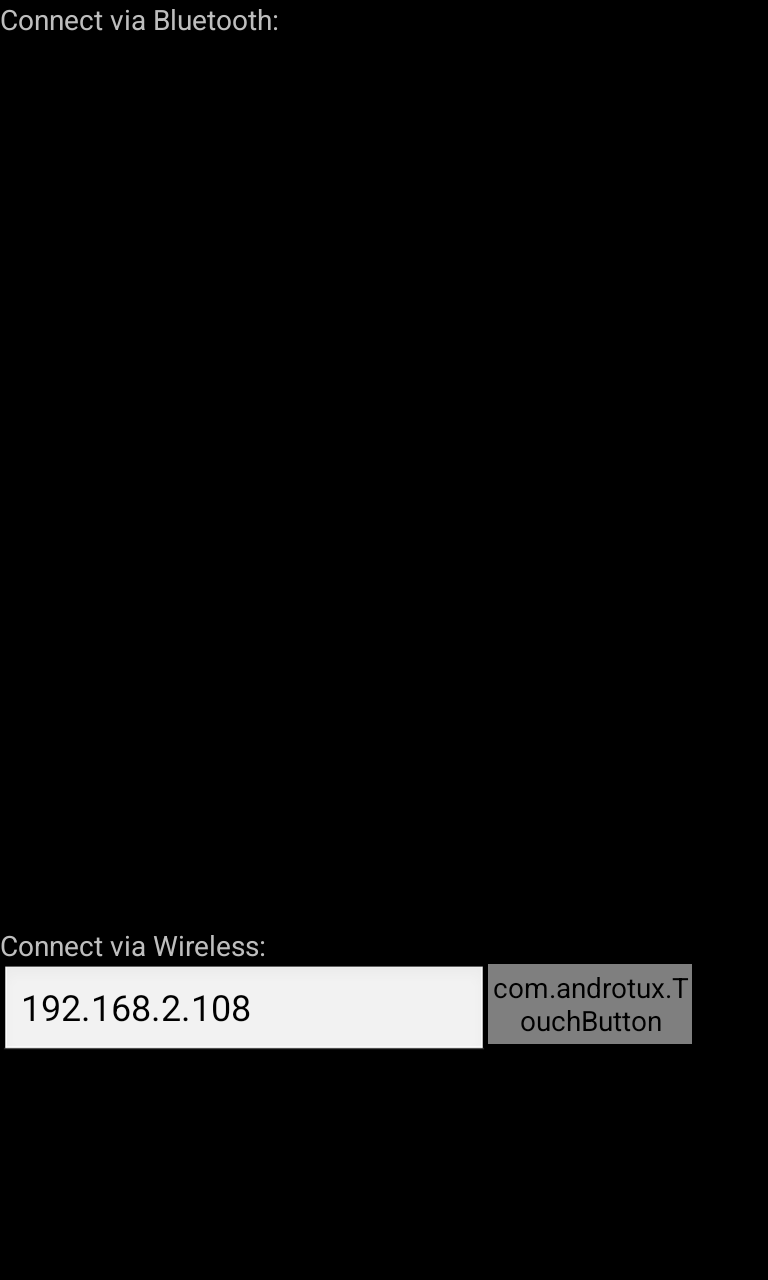
Repository: itayrom/androtux
Layout: app/AndroTux/res/layout/fragment_settings.xml
These files come from the project's save history. The layout is drawn as it stood at one moment and after the next save; the edit follows.
Pictures or frames that could not be fetched are drawn as grey boxes. It is drawn on a 768 x 1280 px phone screen (xhdpi) without system bars, with theme android:Theme.NoTitleBar.Fullscreen; the app's code is not run. Lists and similar views that code fills are empty.

Above is the layout before, as saved 2014-09-09 12:49:20.

After the next save:
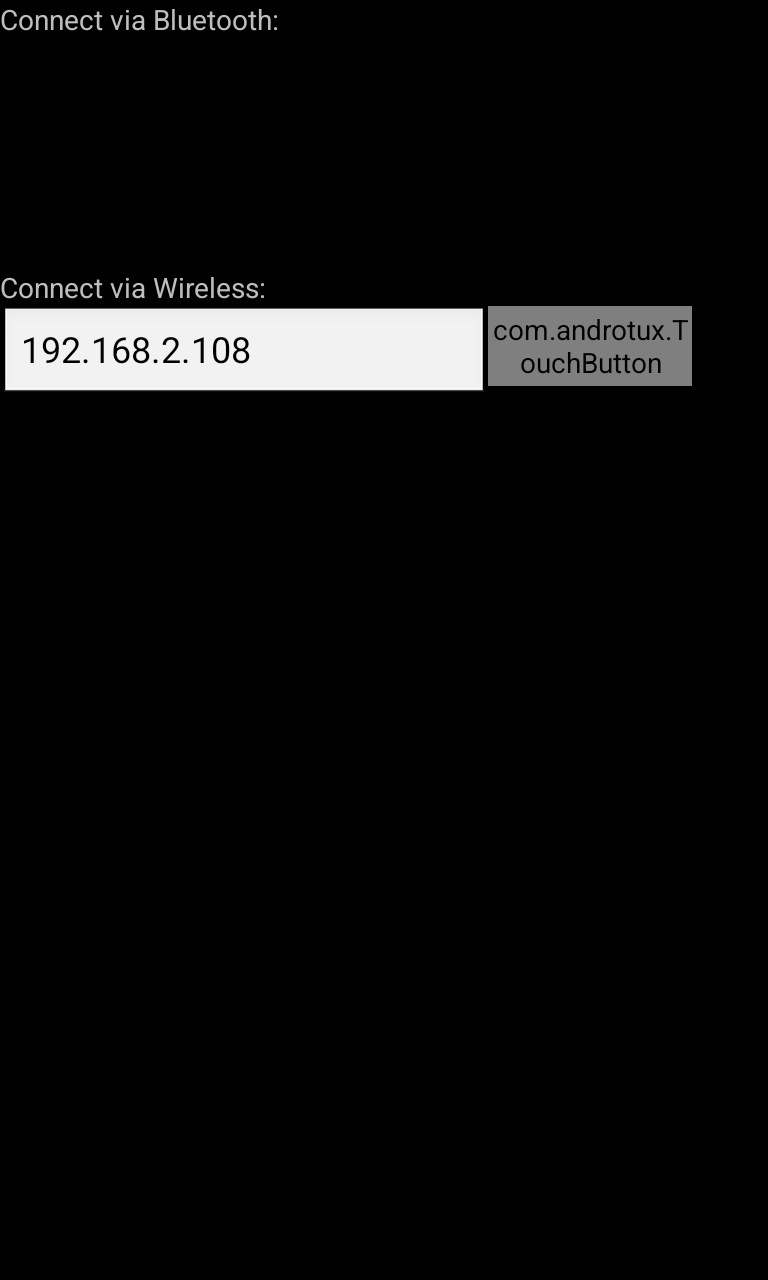
Saved 47 s later.
--- a/app/AndroTux/res/layout/fragment_settings.xml
+++ b/app/AndroTux/res/layout/fragment_settings.xml
@@ -22,7 +22,6 @@
     android:orientation="vertical">
 
     <LinearLayout
-        android:layout_weight="0.75"
         android:layout_width="wrap_content"
    		android:layout_height="wrap_content"
     	android:orientation="vertical" >
@@ -39,7 +38,6 @@
     </LinearLayout>
 
     <LinearLayout
-        android:layout_weight="0.25"
         android:layout_width="wrap_content"
    		android:layout_height="wrap_content"
     	android:orientation="vertical" >

After the save that followed:
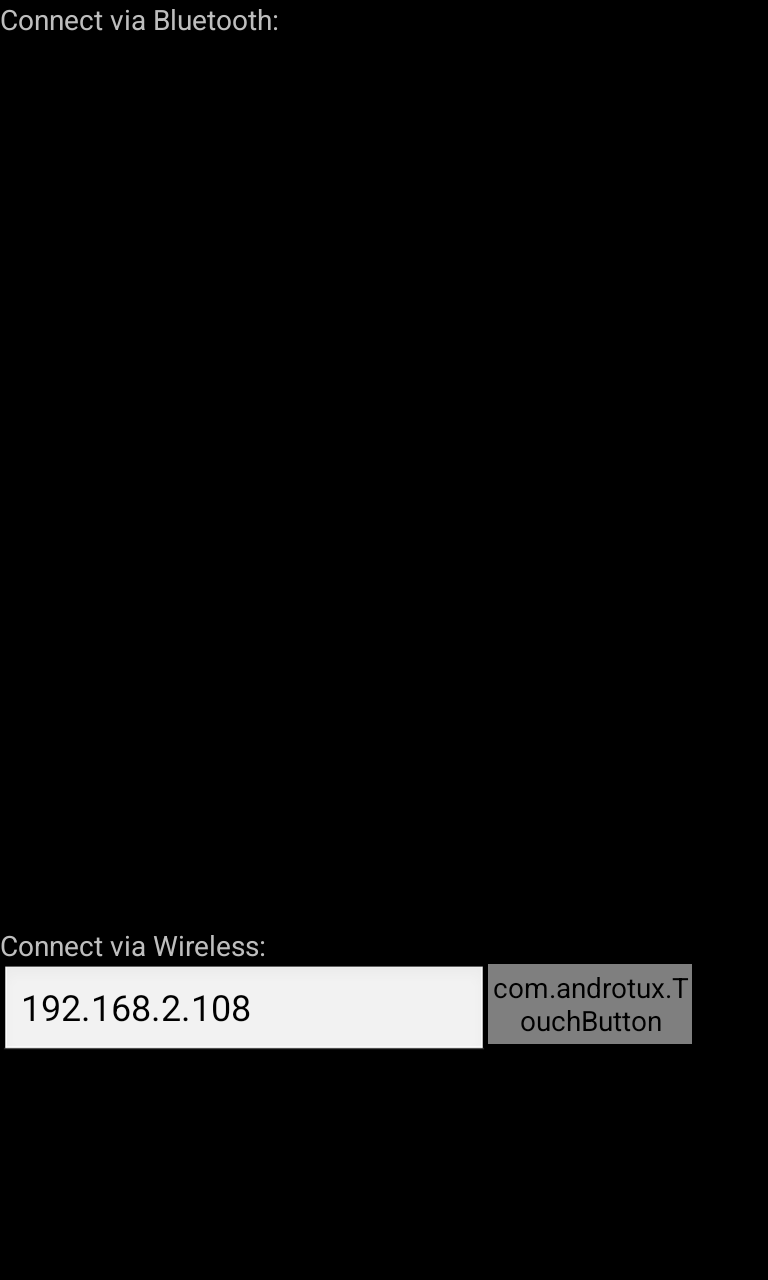
Saved 15 s later.
--- a/app/AndroTux/res/layout/fragment_settings.xml
+++ b/app/AndroTux/res/layout/fragment_settings.xml
@@ -22,6 +22,7 @@
     android:orientation="vertical">
 
     <LinearLayout
+        android:layout_weight="0.75"
         android:layout_width="wrap_content"
    		android:layout_height="wrap_content"
     	android:orientation="vertical" >
@@ -38,6 +39,7 @@
     </LinearLayout>
 
     <LinearLayout
+        android:layout_weight="0.25"
         android:layout_width="wrap_content"
    		android:layout_height="wrap_content"
     	android:orientation="vertical" >
